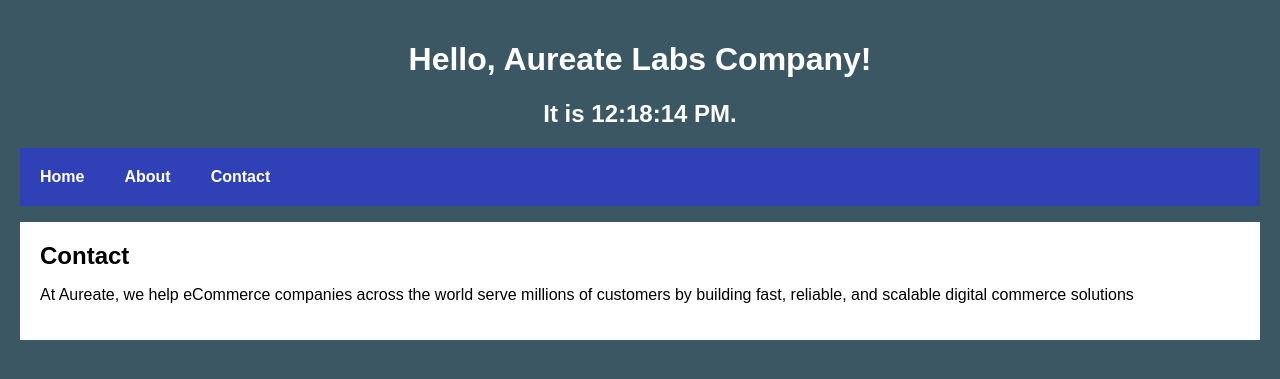
Repository: hardikaureate/React-Pages-Menu
Page: /#/contact
An editor plug-in stored every save of this project. The page is shown before and after a run of saves, followed by the edit.
The browser window is 1280 px wide. The pictures show the whole page.
The project was rebuilt for these pictures with package versions that can differ from the ones it lists, and the page was loaded fresh each time. Also part of the build but not shown: src/Home.js, src/About.js.

Above is the page before, as saved 2020-10-09 15:03:40.

### src/index.js
import React from 'react';
import ReactDOM from 'react-dom';
import './index.css';
import Main from './Main';
import Clock from './Clock';

ReactDOM.render(
<React.Fragment>
<Clock name="Company" />
<Main/>
</React.Fragment>
, document.getElementById('root'));

### src/index.css
body {
    background-color: #3a5763;
    padding: 20px;
    margin: 0;
}

h1,
h2,
p,
ul,
li {
    font-family: sans-serif;
}

ul.header li {
    display: inline;
    list-style-type: none;
    margin: 0;
}

ul.header {
    background-color: #3041b7;
    padding: 0;
}

ul.header li a {
    color: #FFF;
    font-weight: bold;
    text-decoration: none;
    padding: 20px;
    display: inline-block;
}

.content {
    background-color: #FFF;
    padding: 20px;
}

.content h2 {
    padding: 0;
    margin: 0;
}

.content li {
    margin-bottom: 10px;
}

.active {
    background-color: #0099FF;
}

.common {
    text-align: center;
    color: #FFF;
}

### src/Main.js
import React, { Component } from 'react'
import {Route, Link, HashRouter} from 'react-router-dom';
import Home from './Home';
import About from './About';
import Contact from './Contact';


class Main extends Component {
        render(){
                return(
                        <HashRouter>
                        <React.Fragment>
                                <ul className="header">
                                        <li><Link exact to="/">Home</Link></li>
                                        <li><Link to="/about">About</Link></li>
                                        <li><Link to="/contact">Contact</Link></li>
                                </ul>

                                <div className="content">
                                        <Route exact path="/" component={Home} />
                                        <Route path="/about" component={About} />
                                        <Route path="/contact" component={Contact} />
                                </div>
                        </React.Fragment>
                        </HashRouter>
                )
        }
}

export default Main;

### src/Clock.js
import React, { Component } from 'react'

export default class Clock extends Component {
        constructor(props) {
                super(props);
                console.log('constructtt');
                this.state = {date: new Date()};
              }

              componentDidMount(){
                console.log('DidMount')
                      this.Tid = setInterval( () =>
                              this.tick(), 1000
                      );
              }

              componentWillUnmount() {
                      console.log('WillMount')
                      clearInterval(this.Tid)
              }

              tick(){
                //console.log('tick()method')
                      this.setState({
                              date : new Date()
                      })
              }

              render() {
                      console.log('Rendering')
                      const allname = 'Aureate Labs'
                return (
                  <div>
                    <h1 className="common">Hello, {allname} {this.props.name}!</h1>
                    <h2 className="common">It is {this.state.date.toLocaleTimeString()}.</h2>
                  </div>
                );
              }
}

### src/Contact.js
import React, { Component } from 'react'

class Contact extends Component {
        render() {
                return (
                        <div>
                        <h2>Contact</h2>
                                <p>At Aureate, we help eCommerce companies across the world serve millions of customers by building fast, reliable, and scalable digital commerce solutions</p>
                        </div>
                )
        }
}

export default Contact;

Loaded but not shown: public/index.html (common file)

After the next 3 saves:
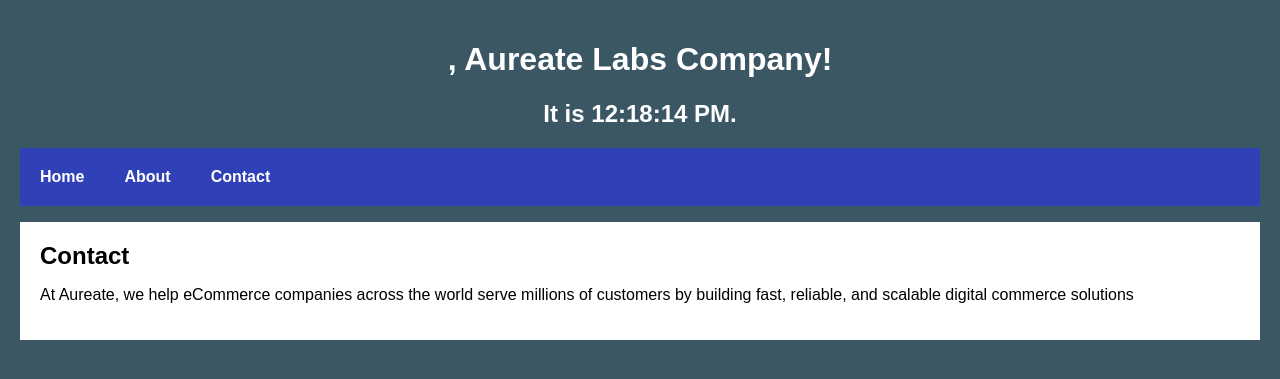
The 3 saves are shown as one change because 2 did not build or start.
The last was saved 4 min 37 s later.
--- a/src/Clock.js
+++ b/src/Clock.js
@@ -5,6 +5,7 @@
                 super(props);
                 console.log('constructtt');
                 this.state = {date: new Date()};
+                //this.state = {greet : 'fsfsfsf'}
               }
 
               componentDidMount(){
@@ -26,12 +27,15 @@
                       })
               }
 
+
+
+
               render() {
                       console.log('Rendering')
                       const allname = 'Aureate Labs'
                 return (
                   <div>
-                    <h1 className="common">Hello, {allname} {this.props.name}!</h1>
+                    <h1 className="common">{this.state.greet}, {allname} {this.props.name}!</h1>
                     <h2 className="common">It is {this.state.date.toLocaleTimeString()}.</h2>
                   </div>
                 );
